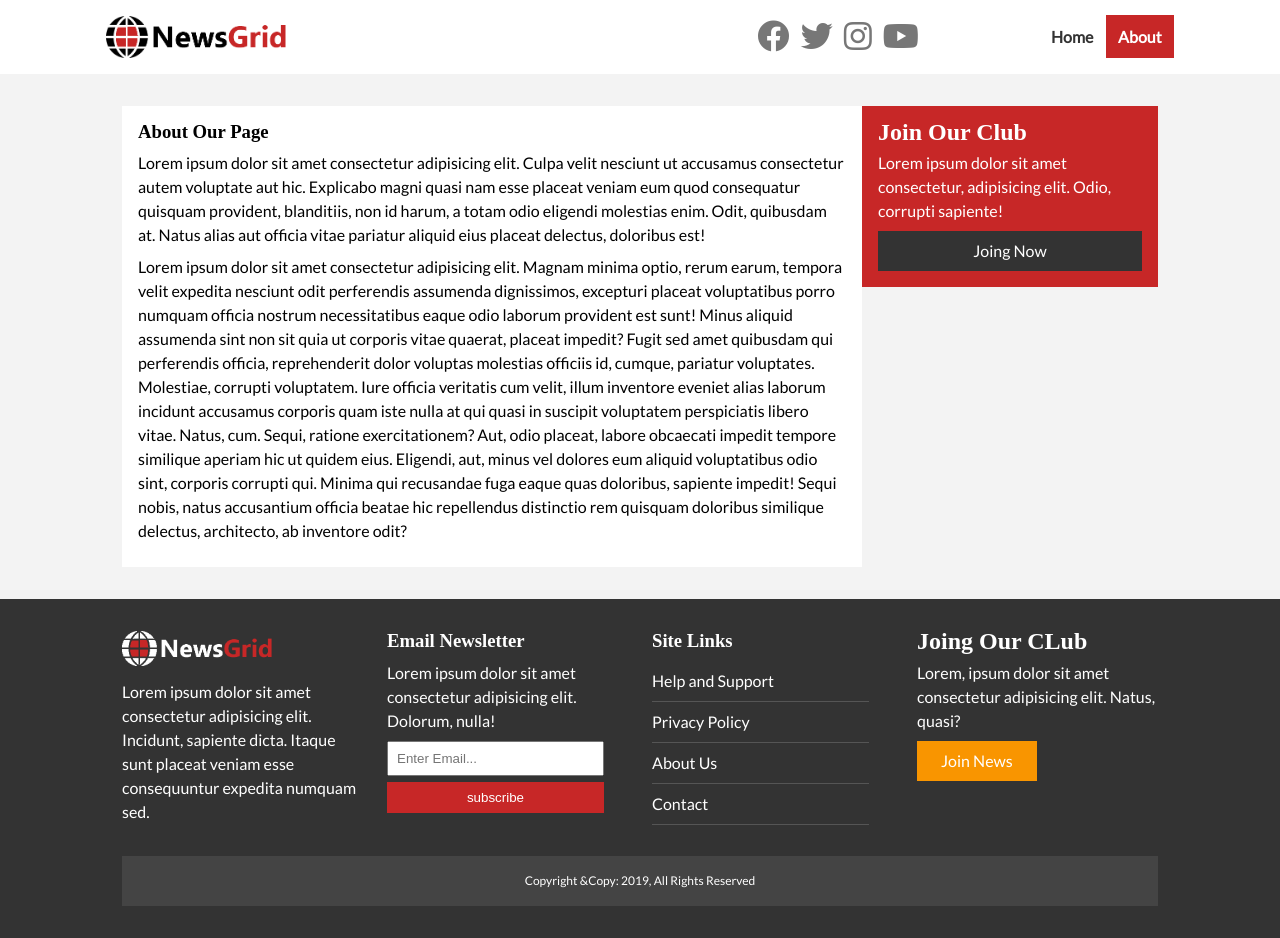
Repository: EswinGiova/NewsGrid
Page: about.html
These files come from the project's save history. The page is drawn as it stood at one moment and after the next save; the edit follows.
The browser window is 1280 px wide. The pictures show the whole page.
Some web libraries are served in a nearby version.

Above is the page before, as saved 2020-09-20 19:27:54.

After the next save:
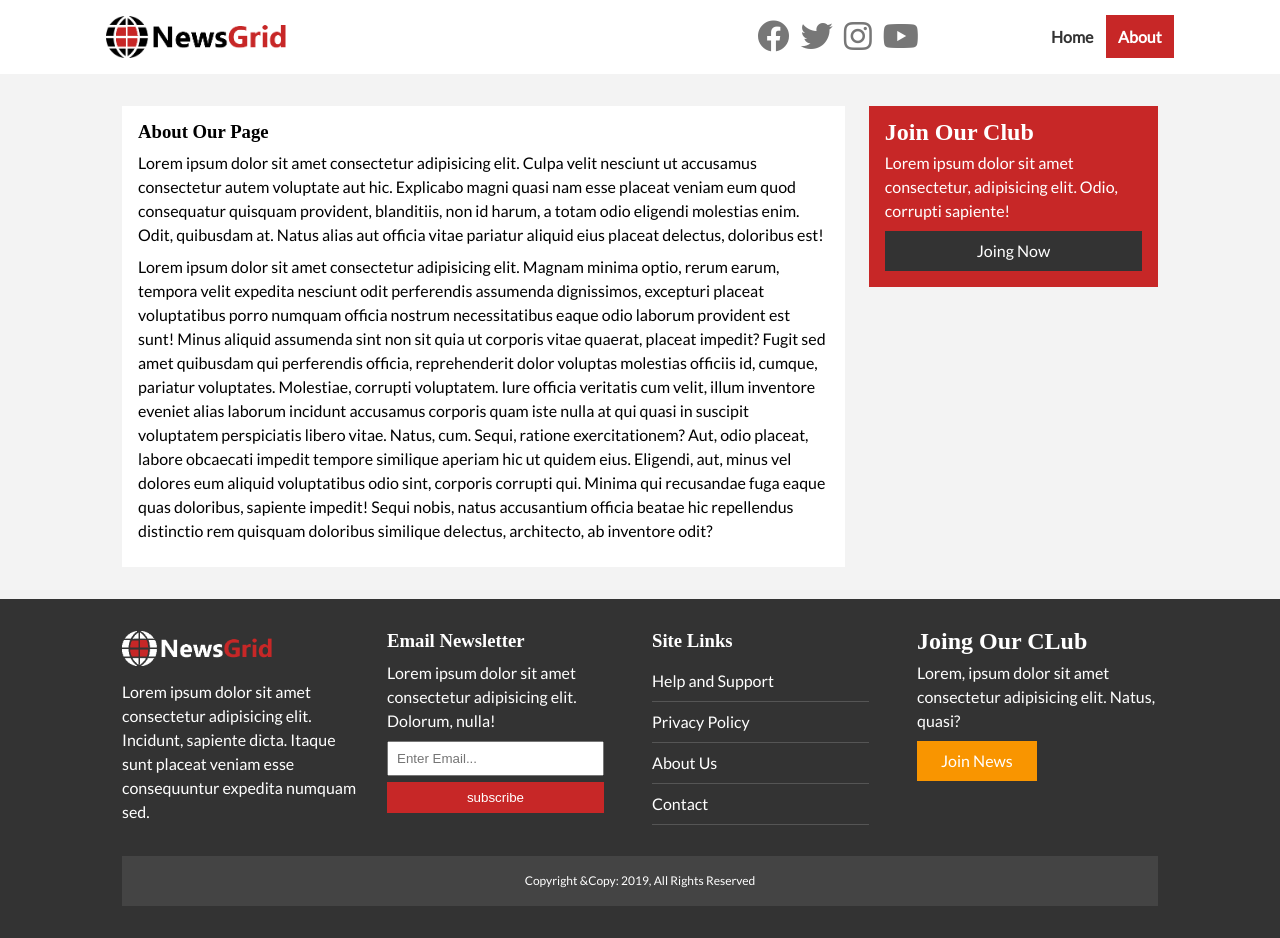
Saved 12 s later.
--- a/css/style.css
+++ b/css/style.css
@@ -176,6 +176,7 @@ h6 {
   display: grid;
   grid-template-columns: 5fr 2fr;
   margin: 2rem 0;
+  grid-gap: 1.5rem;
 }
 .page-container > *:first-child {
   grid-row: 1 / span 3;
